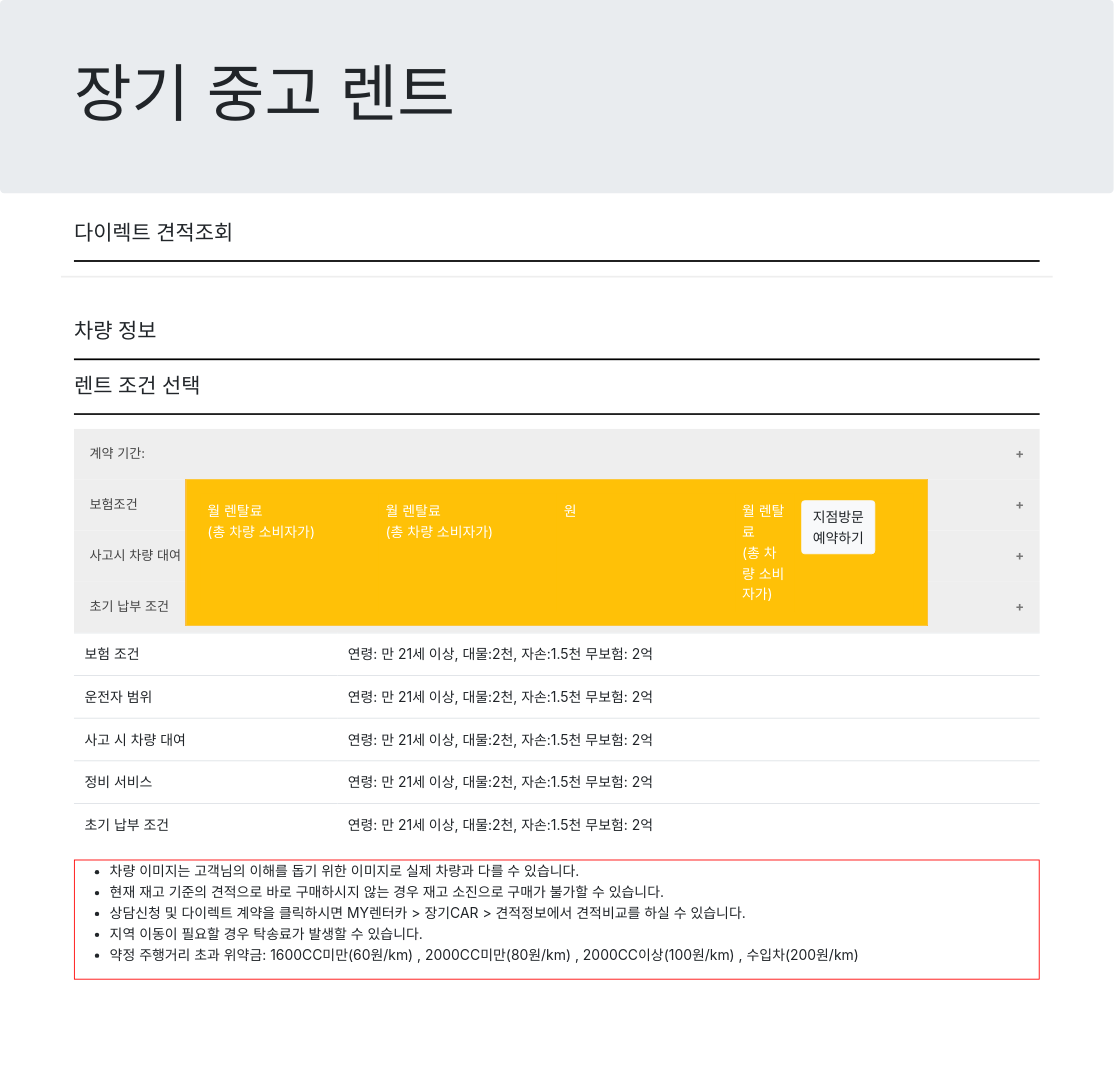
Repository: hyebinkim00/Project
Page: http://localhost/jsp/long_lent_oldcar/carLent.jsp
These files come from the project's save history. The page is drawn as it stood at one moment and after the next save; the edit follows.
The browser window is 1280 px wide. The pictures show the whole page, at 87% of full size.
The page is served by Tomcat 9. Other server files are loaded and not shown. Queries for data that is not in the repository find no rows.

Above is the page before, as saved 2020-09-18 07:27:03.

### jsp/WebContent/long_lent_oldcar/carLent.jsp
<%@page import="java.net.URLDecoder"%>
<%@page language="java" contentType="text/html; charset=UTF-8" pageEncoding="UTF-8"%>
<%@taglib prefix="c" uri="http://java.sun.com/jsp/jstl/core" %>
<%@taglib prefix="sql" uri="http://java.sun.com/jsp/jstl/sql"  %>
<% request.setCharacterEncoding("utf-8");
//URLEncoder.encode

String carname=request.getParameter("carname");
/* String carname = new String(request.getParameter("carname").getBytes("8859_1"), "EUC-KR"); */

%>

<!DOCTYPE html>
<html>
<head>
<meta name="viewport" content="width=device-width, initial-scale=1">
<style>
.accordion {
  background-color: #eee;
  color: #444;
  cursor: pointer;
  padding: 18px;
  width: 100%;
  border: none;
  text-align: left;
  outline: none;
  font-size: 15px;
  transition: 0.4s;
}

.active, .accordion:hover {
  background-color: #ccc;
}

.accordion:after {
  content: '\002B';
  color: #777;
  font-weight: bold;
  float: right;
  margin-left: 5px;
}

.active:after {
  content: "\2212";
}

.panel {
  padding: 0 18px;
  background-color: white;
  max-height: 0;
  overflow: hidden;
  transition: max-height 0.2s ease-out;
}

div.f{
border: 1px solid red;}
</style>
 <link rel="stylesheet" href="https://maxcdn.bootstrapcdn.com/bootstrap/4.5.2/css/bootstrap.min.css">
<meta charset="UTF-8" />
<title>장기 중고 상세</title>
<script src="https://code.jquery.com/jquery-3.5.1.min.js"></script>
<script src="https://ajax.googleapis.com/ajax/libs/jquery/3.5.1/jquery.min.js"></script>
</head>  <script src="https://maxcdn.bootstrapcdn.com/bootstrap/4.5.2/js/bootstrap.min.js"></script>
<body>
<script type="text/javascript">

		function checkTest1() {

			let testValue = document.getElementById("cntrTermMm1").value;

			document.getElementById("result1").innerHTML = testValue;

		}
</script>

<script type="text/javascript">

		function checkTest2() {

			let testValue = document.getElementById("cntrTermMm2").value;

			document.getElementById("result2").innerHTML = testValue;

		}
</script>

<script type="text/javascript">

		function checkTest4() {
			let testValue = document.getElementById("cntrTermMm4").value;

			let a = document.getElementById("price").value;

			alert(a)
			;
			let d= a-(a* testValue);

			alert(d);

			document.getElementById("mprice").value = d;

			document.getElementById("result4").innerHTML=d+'원';
			let o=document.getElementById("mprice").value;

			alert(o);

		}
</script>

<script>
function go(){
	let form= document.userinput;
	form.submit();

}
</script>



	<div class="jumbotron">
		<div class="container">
			<h1 class="display-3">장기 중고 렌트</h1>
		</div>
	</div>

<div class="container">
<h4>다이렉트 견적조회</h4>
<hr style="border: solid 1px black " />

	<div class="row" style="border: 1px solid #eeeeee">
		<sql:setDataSource var="dataSource"
			url="jdbc:oracle:thin:@localhost:1521:XE"
			driver="oracle.jdbc.driver.OracleDriver"
			user="hr" password="hr"/>
			<sql:query var="resultSet" dataSource="${dataSource}">
			select * from member where id=?
			 <sql:param value="${param.carname}"/>
			</sql:query>
			<c:forEach var="row" items="${resultSet.rows}">
			<div class="col-md-5" style="border-spacing: 5px;">

				<img src="../resources/images/${row.carname}.jpg" style="width: 100%;">
			</div>
			<div class="col-md-1">

			</div>
			<div class="col-md-6">
				<br><br>


				<h3>
				<c:out value="${row.carname}"/>
				</h3>

				<hr>
				<table>
					<tr>
						<td colspan="2"><span><strong>모델명</strong></span></td>
						<td><c:out value="${row.carname}"/></td>
					</tr>
					<tr>
						<td colspan="2"><span><strong>소비자 가</strong></span>  &nbsp; &nbsp; &nbsp;</td>
						<td><c:out value="${row.carprice}"/></td>
					</tr>
					<tr>
						<td colspan="2"><span><strong>계약 기간</strong></span></td>
						<td>최대<c:out value="${row.lent}"/>개월</td>
					</tr>
				</table>
				<hr>
				<p>
					표준렌탈료 &nbsp; &nbsp; &nbsp; <font size="5" color="red"> <c:out value="${row.monthprice }" /></font>원
				</p>

			</div>
			<c:set var="lentt" value="${row.lent}"/>

			</c:forEach>
		</div>



		<div>
		<br><br>
			<h4>차량 정보</h4>
			<hr style="border: solid 1px black " />
			<div>
			<sql:query var="resultSet" dataSource="${dataSource}">
			select * from member where id=?
			 <sql:param value="${param.carname}"/>
			</sql:query>
			<c:forEach var="row" items="${resultSet.rows}">
				<table class="table" id="table">
					<tr>
						<th class="bg-light text-dark">제조사</th>
						<td><c:out value="${row.facname}"></c:out></td>
						<th class="bg-light text-dark">차량번호</th>
						<td><c:out value="${row.id}"></c:out></td>
					</tr>
					<tr>
						<th class="bg-light text-dark">차종</th>
						<td><c:out value="${row.carnum}"></c:out></td>
						<th class="bg-light text-dark">최초 등록일</th>
						<td>2017-10-18</td>
					</tr>
					<tr>
						<th class="bg-light text-dark">모델명</th>
						<td colspan="3"><c:out value="${row.carname}"></c:out></td>
					</tr>
					<tr>
						<th class="bg-light text-dark">제조사차량옵션</th>
						<td colspan="3">4단자동변속기</td>
					</tr>
					<tr>
						<th class="bg-light text-dark" >제조사차량옵션2</th>
						<td colspan="3">-</td>
					</tr>
					<tr>
						<th class="bg-light text-dark">연료</th>
						<td><c:out value="${row.fuel}"/></td>
						<th class="bg-light text-dark">지점</th>
						<td><c:out value="${row.lentoffice}"/></td>
					</tr>

				</table>
				<c:set var="car_price" value="${row.monthprice }"> </c:set>
				<c:set var="car_name" value="${row.carname }"> </c:set>
				<c:set var="lent_office" value="${row.lentoffice }"> </c:set>
				<c:set var="prices" value="${row.carprice }"> </c:set>
				</c:forEach>
			</div>


		</div>

<div>
<h4> 렌트 조건 선택 </h4>
<hr style="border: solid 1px black " />


<form method="post" action="shortTerm_payment_completed.jsp" name="userinput" >

<input type="hidden" id="car" name="car" value="${param.carname}">
<input type="hidden" id="carn" name="carn" value="${car_name}">
<input type="hidden" id="carof" name="carof" value="${lent_office}">

<button type="button" class="accordion">계약 기간: &nbsp;&nbsp;&nbsp;<span id="result1"></span></button>
<div class="panel"><span>차량 운행할수 있는 총 대여기간: &nbsp; &nbsp; &nbsp; &nbsp;</span>
<select name="cntrTermMm1" id="cntrTermMm1" class="option01" onchange="checkTest1()" >
<c:forEach var="i" begin="1" end="${lentt}">
<option value="<c:out value="${i}"/>개월"><c:out value="${i}"/>개월</option>	</c:forEach>

</select>
</div>

<button type="button" class="accordion">보험조건  <span id="result2"></span></button>
<div class="panel"><span>계약기간 총 주행거리 초과 시 위약금 발생   </span>
<select  name="cntrTermMm2" id="cntrTermMm2"  class="option02" onchange="checkTest2()" >
<option value="월 2천 Km이하">월 2천 Km이하</option>
<option value="월 3천 Km이하">월 3천 Km이하</option>
<option value="월 4천 Km이하">월 4천 Km이하</option>
</select>
</div>

<button type="button" class="accordion">사고시 차량 대여  <span id="result3"></span></button>
<div class="panel"><span>사고 시 차량 대여 서비스  </span>
<select  name="cntrTermMm3" id="cntrTermMm3"  class="option03"  >
<option value="yes">포함</option>
<option value="no">불 포함</option>
</select>
</div>

<button type="button" class="accordion">초기 납부 조건 </button>
<div class="panel"><span>할인 조건  </span>
<select  name="cntrTermMm4" id="cntrTermMm4"  class="option04" onchange="checkTest4()" >

<option value="0.05">5% 할인</option>
<option value="0.1">10%할인</option>

</select>
<input type="hidden" id="price" name="price" value="${car_price}">
<input type="hidden" id="mprice" name="mprice">
</div>



</form>

</div>




<table class="table talbe-hover">
<tr><td>보험 조건</td><td>연령: 만 21세 이상, 대물:2천, 자손:1.5천 무보험: 2억</td></tr>
<tr><td>운전자 범위</td><td>연령: 만 21세 이상, 대물:2천, 자손:1.5천 무보험: 2억</td></tr>
<tr><td>사고 시 차량 대여</td><td>연령: 만 21세 이상, 대물:2천, 자손:1.5천 무보험: 2억</td></tr>
<tr><td>정비 서비스</td><td>연령: 만 21세 이상, 대물:2천, 자손:1.5천 무보험: 2억</td></tr>
<tr><td>초기 납부 조건</td><td>연령: 만 21세 이상, 대물:2천, 자손:1.5천 무보험: 2억</td></tr>
</table>

<div class="f">
<ul>
<li>차량 이미지는 고객님의 이해를 돕기 위한 이미지로 실제 차량과 다를 수 있습니다.</li>
<li>현재 재고 기준의 견적으로 바로 구매하시지 않는 경우 재고 소진으로 구매가 불가할 수 있습니다.</li>
<li>상담신청 및 다이렉트 계약을 클릭하시면 <span class="cl-point2">MY렌터카 &gt; 장기CAR &gt; 견적정보</span>에서 견적비교를 하실 수 있습니다.</li>
<li>지역 이동이 필요할 경우 탁송료가 발생할 수 있습니다.</li>
<li>약정 주행거리 초과 위약금: 1600CC미만(60원/km) , 2000CC미만(80원/km) , 2000CC이상(100원/km) , 수입차(200원/km)</li>
</ul>

</div>




</div>



 <br><br><br><br><br>
<div class="container col-sm-8 fixed-bottom "  style="border:1px solid orange;">

  <div class="row d-flex p-3 bg-warning text-white ">
    <div class="col-sm-3 p-2 bg-warning">월 렌탈료<br> (총 차량 소비자가)</div>
    <div class="col-sm-3 p-2 bg-warning">월 렌탈료<br> (총 차량 소비자가)</div>
    <div class="col-sm-3 p-2 bg-warning"><span id="result4"><c:out value="${car_price}" />원</span><br><c:out value="${prices}" /></div>
    <div class="col-sm-1 p-2 bg-warning">월 렌탈료<br> (총 차량 소비자가)</div>
    <div class="col-sm-2 p-2 bg-warning"><button class="btn btn-light" onclick="go()">지점방문<br>예약하기</button></div>
  </div>


  <c:remove var="car_price"/>
<c:remove var="lentt"/>
<c:remove var="car_name"/>
<c:remove var="lent_office"/>
</div>






<script>
var acc = document.getElementsByClassName("accordion");
var i;

for (i = 0; i < acc.length; i++) {
  acc[i].addEventListener("click", function() {
    this.classList.toggle("active");
    var panel = this.nextElementSibling;
    if (panel.style.maxHeight) {
      panel.style.maxHeight = null;
    } else {
      panel.style.maxHeight = panel.scrollHeight + "px";
    }
  });
}
</script>

</body>
</html>

After the next save:
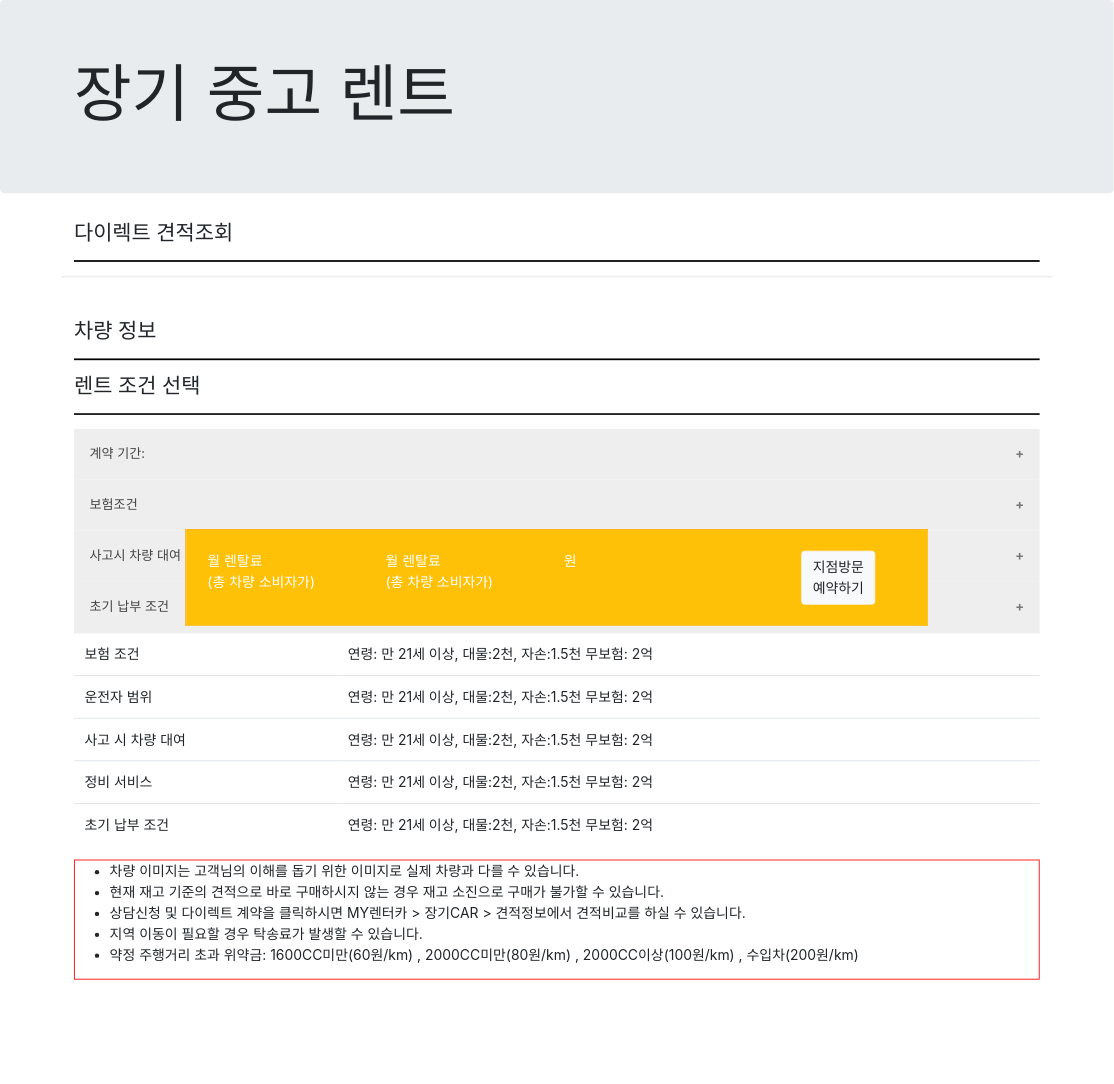
Saved 24 s later.
--- a/jsp/WebContent/long_lent_oldcar/carLent.jsp
+++ b/jsp/WebContent/long_lent_oldcar/carLent.jsp
@@ -324,7 +324,7 @@ function go(){
     <div class="col-sm-3 p-2 bg-warning">월 렌탈료<br> (총 차량 소비자가)</div>
     <div class="col-sm-3 p-2 bg-warning">월 렌탈료<br> (총 차량 소비자가)</div>
     <div class="col-sm-3 p-2 bg-warning"><span id="result4"><c:out value="${car_price}" />원</span><br><c:out value="${prices}" /></div>
-    <div class="col-sm-1 p-2 bg-warning">월 렌탈료<br> (총 차량 소비자가)</div>
+    <div class="col-sm-1 p-2 bg-warning"><br></div>
     <div class="col-sm-2 p-2 bg-warning"><button class="btn btn-light" onclick="go()">지점방문<br>예약하기</button></div>
   </div>
 
